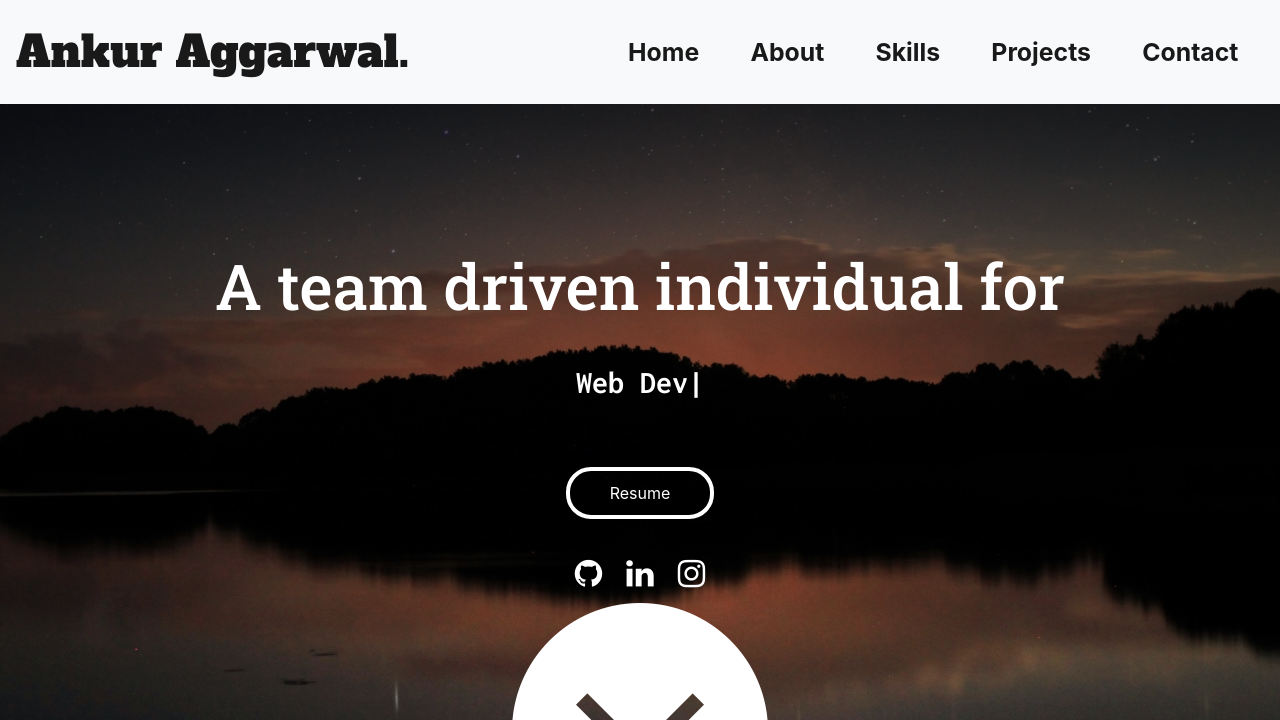
Repository: AnkurDevv/PersonalWebsite
Page: index.html
An editor plug-in stored every save of this project. The page is shown before and after the next save, followed by the edit.
The browser window is 1280 px wide. The pictures show the whole page.

Above is the page before, as saved 2020-09-13 16:40:45.

### index.html
<!DOCTYPE html>
<html>

<head>
  <meta charset="utf-8">
  <meta http-equiv="X-UA-Compatible" content="IE=edge">
  <title>Ankur Aggarwal</title>
  <meta name="description" content="">
  <meta name="viewport" content="width=device-width, initial-scale=1">
  <!-- FONT AWESOME FOR SOCIAL MEDIA ICONS -->
  <link rel="stylesheet" href="https://cdnjs.cloudflare.com/ajax/libs/font-awesome/4.7.0/css/font-awesome.min.css">
  <!-- Importing Bootstrap here -->
  <link rel="stylesheet" href="https://stackpath.bootstrapcdn.com/bootstrap/4.4.1/css/bootstrap.min.css"
    integrity="sha384-Vkoo8x4CGsO3+Hhxv8T/Q5PaXtkKtu6ug5TOeNV6gBiFeWPGFN9MuhOf23Q9Ifjh" crossorigin="anonymous">
  <!--CUSTOM CSS FOR THE PAGE  -->
  <link rel="stylesheet" href="./style/index.css">
  <!-- FOR COOL ANIMATION EFFECTS -->
  <link rel="stylesheet" href="./style/animate.css">
  <!-- FOR COOL TYPING EFFECTS -->
  <script src="https://cdn.jsdelivr.net/npm/typed.js@2.0.11"></script>
  <!-- FOR GOOGLE FONTS - START -->
  <!-- for main heading -->
  <link
    href="https://fonts.googleapis.com/css2?family=Merienda:wght@700&family=Pacifico&family=Roboto&family=Roboto+Slab:wght@500&display=swap"
    rel="stylesheet">
  <!-- For Sub heading -->
  <link
    href="https://fonts.googleapis.com/css2?family=Inconsolata:wght@700&family=Merienda:wght@700&family=Pacifico&family=Roboto&family=Roboto+Slab:wght@500&display=swap"
    rel="stylesheet">
  <!-- For Navbar Logo -->
  <link href="https://fonts.googleapis.com/css2?family=Alfa+Slab+One&display=swap" rel="stylesheet">
  <!-- FOR GOOGLE FONTS - END -->
</head>

<body>
  <header>
    <nav class="navbar navbar-expand-lg navbar-light bg-light">
      <a class="navbar-brand" id="Brand-logo">Ankur Aggarwal.</a>
      <button class="navbar-toggler" type="button" data-toggle="collapse" data-target="#navbarNav"
        aria-controls="navbarNav" aria-expanded="false" aria-label="Toggle navigation">
        <span class="navbar-toggler-icon"></span>
      </button>
      <div class="collapse navbar-collapse" id="navbarNav">
        <ul class="navbar-nav">
          <li class="nav-item active">
            <a class="nav-link" href="#">Home</a>
          </li>
          <li class="nav-item active">
            <a class="nav-link" href="#">About</a>
          </li>
          <!-- <li class="nav-item active">
            <a class="nav-link" href="#">Why Me?</a>
          </li> -->
          <li class="nav-item active">
            <a class="nav-link" href="#">Skills</a>
          </li>
          <li class="nav-item active">
            <a class="nav-link" href="#">Projects</a>
          </li>
          <li class="nav-item active">
            <a class="nav-link" href="#">Contact</a>
          </li>
        </ul>
      </div>
    </nav>


    <!-- FIRST IMPRESSION SECTION - START -->
    <section class="first-impression-section">
      <div class="row first-impression-row">
        <h1 class="text-center animated fadeInDown" id="MainNameHeading">A team driven individual for
        </h1>
      </div>
      <div class="row">
        <h3 id="MainSubHeading">
          <span id="typed" style="white-space:pre;"></span>
          <!-- <span class="typed-cursor typed-cursor--blink">|</span> -->
        </h3>
      </div>

      <!-- RESUME BUTTON - START -->
      <div class="row" id="ResumeDiv">
        <a type="button" href="https://drive.google.com/file/d/129eEq26ATzqey1-hpHnRXs40bzbBVkSX/view?usp=sharing"
          target="blank" class="btn btn-primary" id="ResumeBtn">Resume</a>
      </div>
      <!-- RESUME BUTTON - END -->

      <!-- SOCIAL LINKS -->
      <div class="socialLinksDiv">
        <!-- github link -->
        <a href="https://github.com/AnkurDevv" target="blank" class="social-link"><i
            class="fa fa-github fa-2x text-white"></i></a>
        <!-- linkedin link -->
        <a href="https://www.linkedin.com/in/ankur-aggarwal2112/" target="blank" class="social-link"><i
            class="fa fa-linkedin fa-2x text-white"></i></a>
        <!-- instagram link -->
        <a href="https://www.instagram.com/ankur_2112/?hl=en" target="blank" class="social-link"><i
            class="fa fa-instagram fa-2x text-white"></i></a>
      </div>

      <!-- SCROLL DOWN INDICATOR -->
      <div class="scrollDownDiv">
        <a href="">
          <img src="images/downward Arrow.png" alt="" id="scroll-down-arrow">
        </a>
      </div>
    </section>
    <!-- FIRST IMPRESSION SECTION - END -->


  </header>

  <script>
    // JS FOR COOL TYPING EFFECT USING TYPE.JS -  START
    var options = {
      strings: ['Web Development.', 'Software Engineering.', 'Product Development.'],
      typeSpeed: 100,
      loop: true,
      backDelay: 800,
      backSpeed: 80,
      startDelay: 1000,
    };
    var typed = new Typed('#typed', options);
// JS FOR COOL TYPING EFFECT USING TYPE.JS -  END
  </script>

  <!-- NECESSARY JS FOR BOOTSTRAP - START -->
  <script src="https://code.jquery.com/jquery-3.4.1.slim.min.js"
    integrity="sha384-J6qa4849blE2+poT4WnyKhv5vZF5SrPo0iEjwBvKU7imGFAV0wwj1yYfoRSJoZ+n"
    crossorigin="anonymous"></script>
  <script src="https://cdn.jsdelivr.net/npm/popper.js@1.16.0/dist/umd/popper.min.js"
    integrity="sha384-Q6E9RHvbIyZFJoft+2mJbHaEWldlvI9IOYy5n3zV9zzTtmI3UksdQRVvoxMfooAo"
    crossorigin="anonymous"></script>
  <script src="https://stackpath.bootstrapcdn.com/bootstrap/4.4.1/js/bootstrap.min.js"
    integrity="sha384-wfSDF2E50Y2D1uUdj0O3uMBJnjuUD4Ih7YwaYd1iqfktj0Uod8GCExl3Og8ifwB6"
    crossorigin="anonymous"></script>
  <!-- NECESSARY JS FOR BOOTSTRAP - END -->

  <!-- ADDING JQUERY - START -->
  <script src="https://ajax.googleapis.com/ajax/libs/jquery/3.5.1/jquery.min.js"></script>
  <!-- ADDING JQUERY - END -->

  <!-- CUSTOM JS FOR THE PAGE - START  -->
  <script src="index.js"></script>
  <!-- CUSTOM JS FOR THE PAGE - END  -->
</body>

</html>

### style/index.css
body{
  margin-left: 0;
  margin-right: 0;
}

/* NAVBAR CSS - START */

#Brand-logo{
  font-family: 'Alfa Slab One', cursive;
  font-size: 270%;
}

.navbar-nav{
  margin-left: auto;
}

.nav-link{
  font-size: 155%;
  font-weight: 700;
  padding: 2vw!important;
}

@media only screen and (max-width: 992px) {
  .nav-link{
    text-align: center;
  }
}

@media only screen and (max-width: 600px) {

  #Brand-logo{
    font-size: 140%;
  }

  .navbar-nav{
    height: 100vh;
  }

  .nav-link{
    margin: 5vh auto;
  }

}

/* NAVBAR CSS - END */

/* FIRST IMPRESSION SECTION CSS - START */
header{
  height: 100vh; /* Takes 100% of the screen size */
  background: linear-gradient(rgba(0, 0, 0, 0.9), rgba(0, 0, 0, 0)), url(../images/sunset_skyline_lake_reflection_114025_1920x1080.jpg)no-repeat center center fixed;
  background-position: center;
  overflow: hidden;
  backdrop-filter: blur(10px);
}

#MainNameHeading{
  margin: 0 auto;
  margin-top: 20vh;
  font-size: 395%;
  color: white;
  font-family: 'Roboto Slab', serif;
  padding-bottom: 3%;
}

#MainSubHeading{
  margin: 0 auto;
  color: white;
  text-align: -webkit-center;
  font-family: 'Inconsolata', monospace;
  font-size: xx-large;
}

#ResumeBtn{
  -webkit-appearance: button;
  -moz-appearance: button;
  appearance: button;
  margin: 5% auto;
  margin-bottom: 2%;
  padding: 10px 3%;
  background-color: transparent;
  border: 4px solid white;
  border-radius: 25px;
}

#ResumeBtn:hover{
  background-color: white;
  color: black;
  font-weight: 700;
  font-size: 130%;
}

.socialLinksDiv{
  display: flex;
  justify-content: center;
}

.social-link{
  margin: 12px;
}

.scrollDownDiv{
  display: flex;
  justify-content: center;
}

@media only screen and (max-width: 600px) {
  #MainNameHeading{
    font-size: 300%;
    margin-top: 13vh;
  }
  #MainSubHeading{
    font-size: x-large;
  }
}
/* FIRST IMPRESSION SECTION CSS - ENDS */

### index.js
// CHANGING NAVBAR COLOR WHEN A USER HOVERS OVER A LINK
$(document).ready(function () {

  // makes nav transparent when user hovers on a link
  $(".nav-link").hover(function () {
    $('.navbar').addClass('bg-dark').removeClass('bg-light');
    $('#Brand-logo').css("color", "white");
    $('.nav-link').css("color", "white");
    $('.navbar-toggler').css("color", "white");
  });

  // makes nav non-transparent when user hovers on a link
  $(".navbar").mouseleave(function () {
    $('.navbar').addClass('bg-light').removeClass('bg-dark');
    $('#Brand-logo').css("color", "black");
    $('.nav-link').css("color", "black");
    $('.navbar-toggler').css("color", "black");
  });

});

Loaded but not shown: style/animate.css (library)

After the next save:
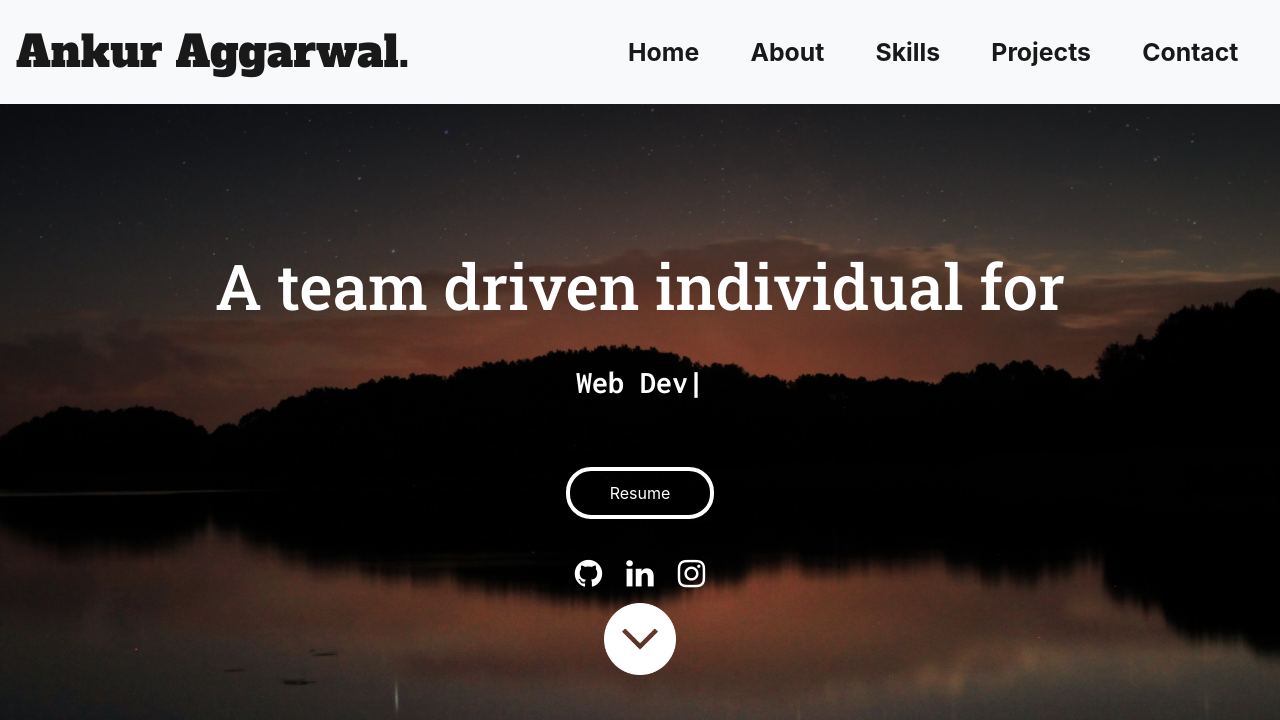
Saved 24 s later.
--- a/style/index.css
+++ b/style/index.css
@@ -103,6 +103,10 @@ header{
   justify-content: center;
 }
 
+#scroll-down-arrow{
+  max-width: 10vh;
+}
+
 @media only screen and (max-width: 600px) {
   #MainNameHeading{
     font-size: 300%;
